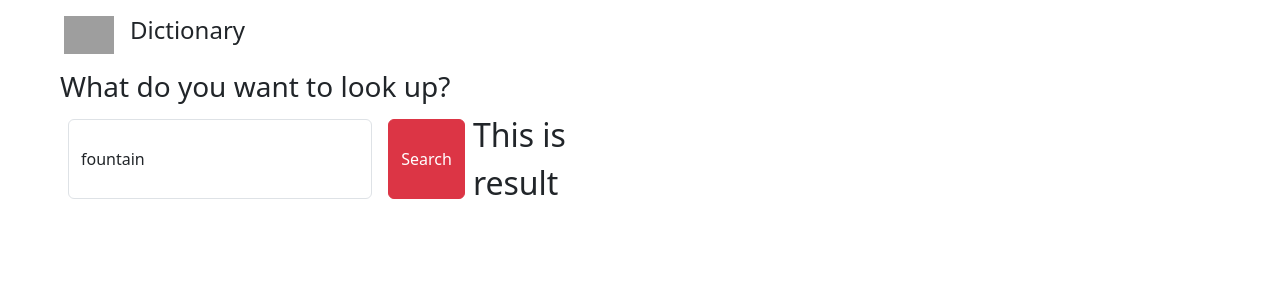
Repository: moehaymanmyint/react-dictionary-app
Page: /
These files come from the project's save history. The page is drawn as it stood at one moment and after the next save; the edit follows.
The browser window is 1280 px wide. The pictures show the whole page.
Pictures or frames that could not be fetched are drawn as grey boxes. The page's requests for data from a server got no answer. The project was rebuilt for these pictures with package versions that can differ from the ones it lists, and the page was loaded fresh each time. No one was signed in, and anything a server would have sent is missing.

Above is the page before, as saved 2024-08-28 10:45:01.

After the next save:
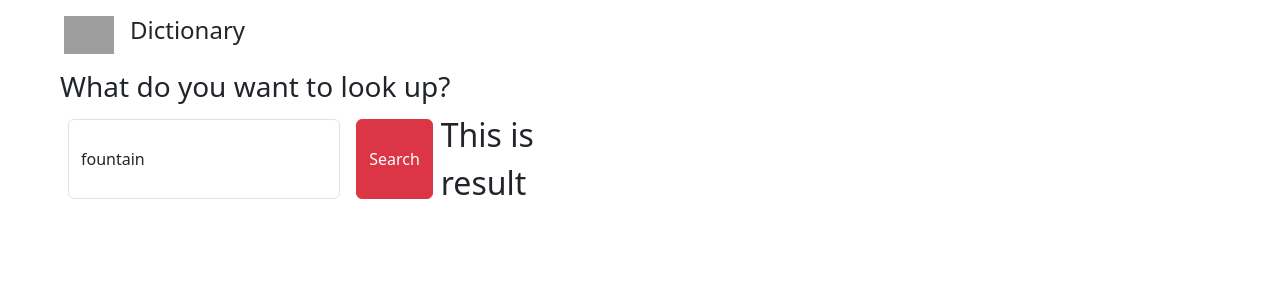
Saved 6 s later.
--- a/src/Search.js
+++ b/src/Search.js
@@ -27,7 +27,7 @@ export default function Search(props){
         <div className="Content">
             <h3>What do you want to look up?</h3>
             <div className="d-flex">
-            <form onSubmit={handleSubmit} className="d-flex w-100">
+            <form onSubmit={handleSubmit} className="d-flex w-75">
                 <input type="search" className="form form-control m-2" value={word} onChange={updateWord}/>
                 <input type="submit" value="Search" className="btn btn-danger m-2"/>
             </form>
